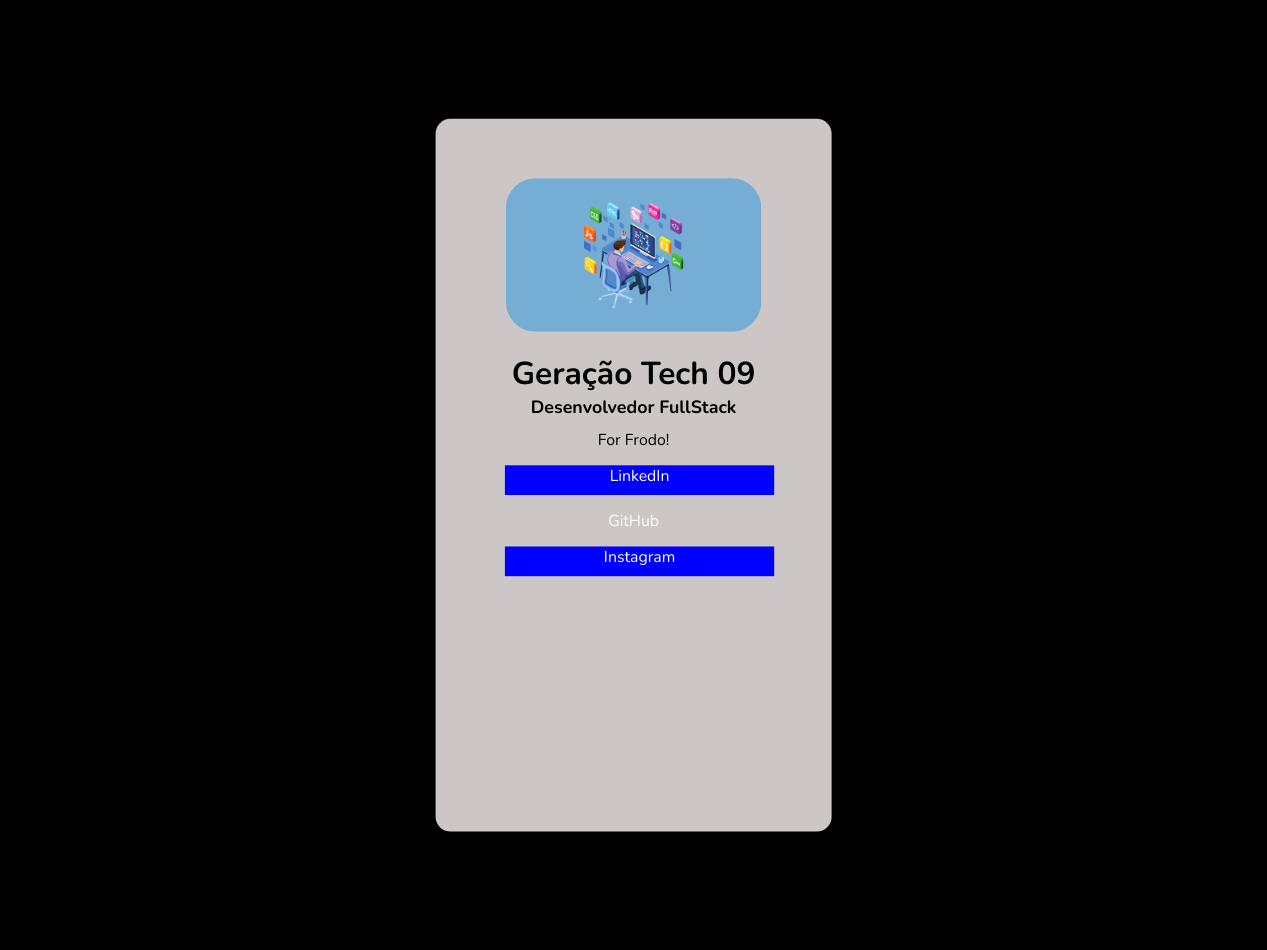
Repository: medeirosregis/linktree-gt09
Page: index.html
An editor plug-in stored every save of this project. The page is shown before and after a run of saves, followed by the edit.
The browser window is 1280 px wide. The pictures show the whole page, at 99% of full size.

Above is the page before, as saved 2025-04-11 09:31:05.

### index.html
<!DOCTYPE html>
<html lang="pt-br">
<head>
    <meta charset="UTF-8">
    <meta name="viewport" content="width=device-width, initial-scale=1.0">
    <title>Linktree</title>
    <link rel="stylesheet" href="style.css">
    <link rel="preconnect" href="https://fonts.googleapis.com">
    <link rel="preconnect" href="https://fonts.gstatic.com" crossorigin>
    <link href="https://fonts.googleapis.com/css2?family=Nunito:ital,wght@0,200..1000;1,200..1000&display=swap" rel="stylesheet">

</head>
<body>
    <div class="container-main">
        <div class="container-image">

            <img src="./assets/freelance-work-7308505_1280.png" alt="image-profile"/>
        <div class="container-infos">
            <h1>Geração Tech 09</h1>
            <h2>Desenvolvedor FullStack</h2>
        </div>
        <div class="container-easter-egg">
            <p>For Frodo!</p>
        </div>
        <div class="container-social">
            <ul>
                <a href="https://www.linkedin.com/login/pt" target="_blank">
                <li>LinkedIn</li>
                <a href="https://github.com/medeirosregis" target="_blank">
                        GitHub
                </li>
                <li>
                    <a href="https://instagram.com/" target="_blank">
                        Instagram
                </li>
            </ul>
        </div>
    </div>
</body>
</html>

### style.css
*{
    font-family: "Nunito", sans-serif;
    margin: 0;
    padding: 0;
    box-sizing: border-box;

}

body {
    background-color:rgb(0, 0, 0);
}

.container-main {
    background-color: #ccc6c6;
    width: 400px;
    height: 720px;
    box-sizing: border-box;
    margin: 120px auto;
    padding: 60px 70px;
    border-radius: 15px;
    text-align: center;
}

.container-image {
    margin: 0;

    & img {
        width: 258px;
        border-radius: 30px;
    }
}
.container-infos {
    margin-top: 15px;
    margin-bottom: 10px;
}
.container-infos h1 {
    font-weight: 700px;
}
.container-infos h2 {
    font-weight: 600px;
    font-size: 18px;
}
.container-social ul {
    list-style-type: none;
}
.container-social a {
    text-decoration: none;
    color: white;
}
.container-social li {
    width: 272px;
    height: 30px;
    background-color: blue;
    margin: 15px 0;
}

After the next 8 saves:
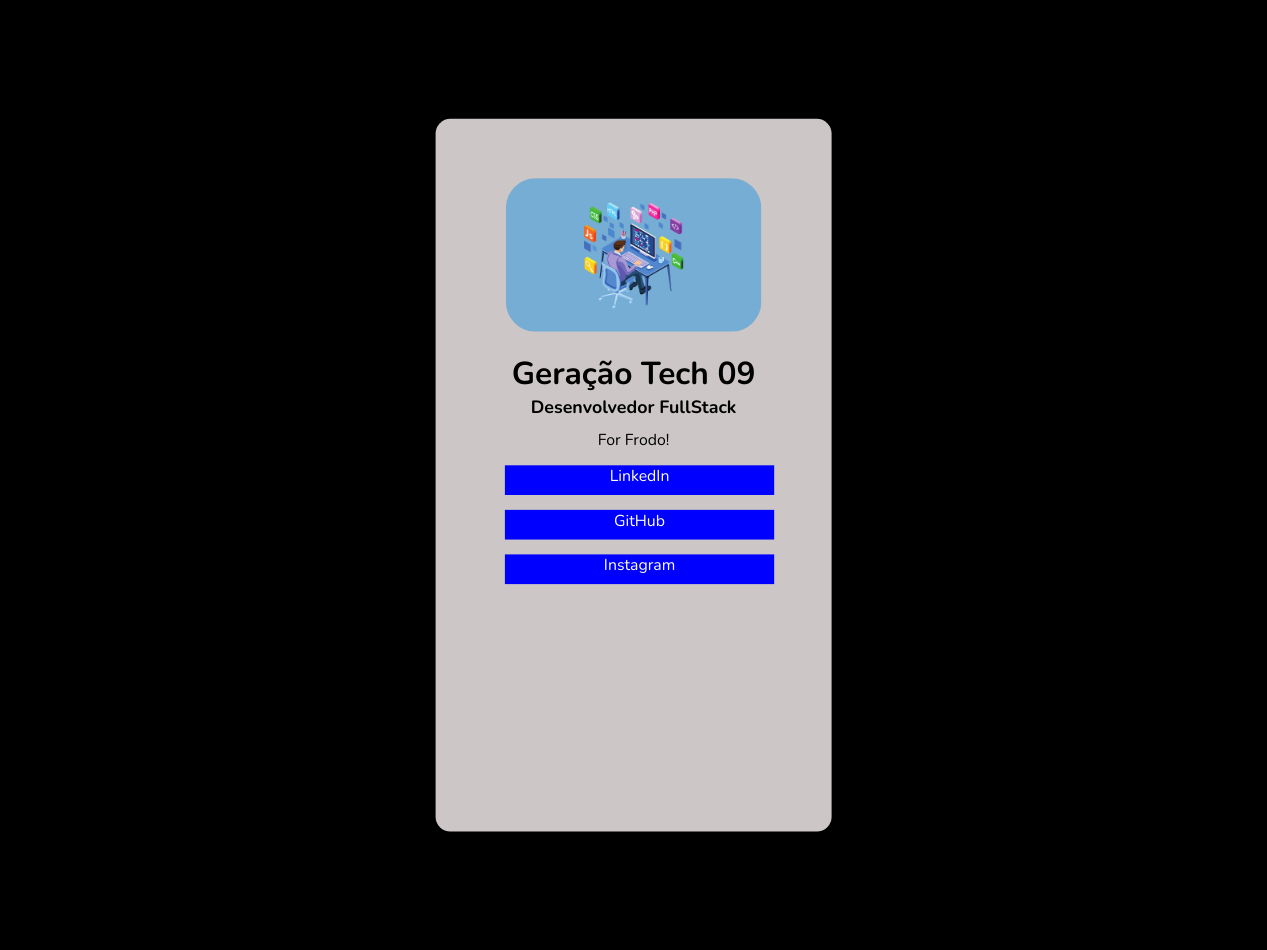
The 8 saves are shown as one change because they came seconds apart.
The last was saved 20 s later.
--- a/index.html
+++ b/index.html
@@ -27,7 +27,7 @@
                 <a href="https://www.linkedin.com/login/pt" target="_blank">
                 <li>LinkedIn</li>
                 <a href="https://github.com/medeirosregis" target="_blank">
-                        GitHub
+                <li>GitHub</li>
                 </li>
                 <li>
                     <a href="https://instagram.com/" target="_blank">
